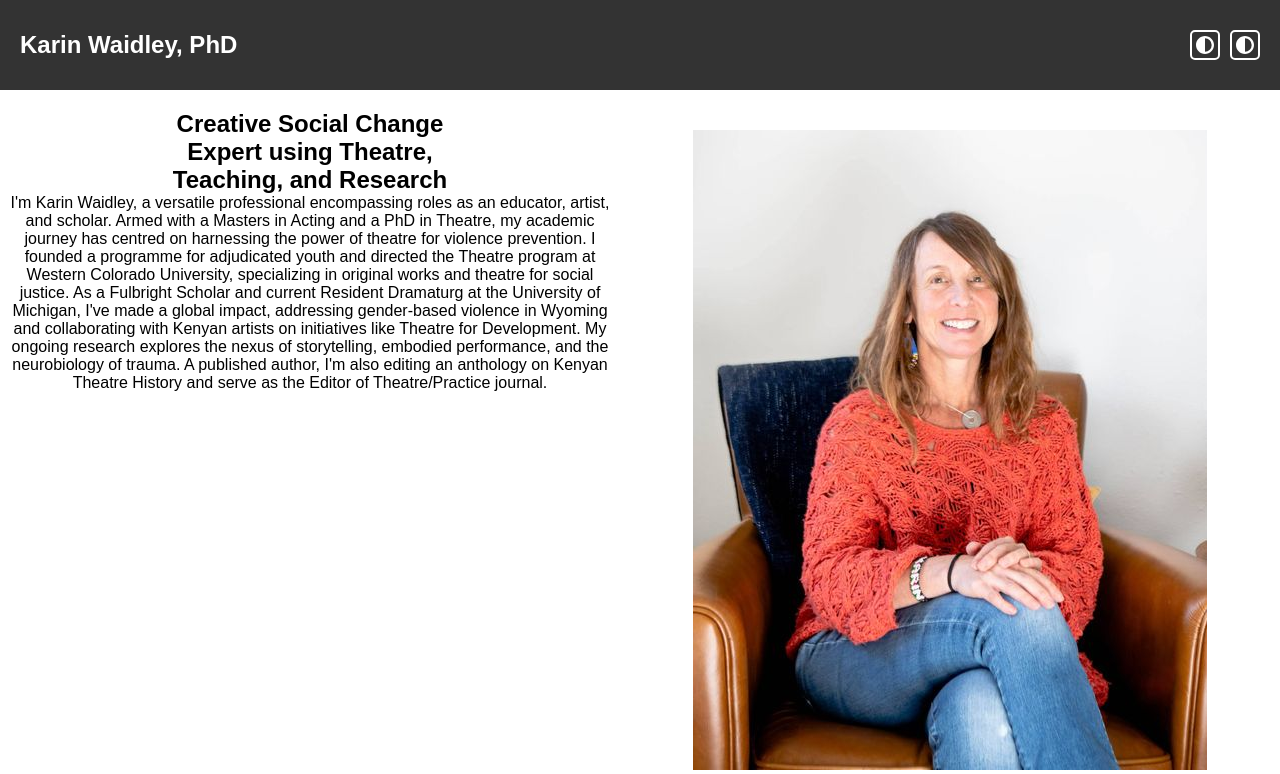
Repository: Ceasor7/Karin
Page: index.html
An editor plug-in stored every save of this project. The page is shown before and after the next save, followed by the edit.
The browser window is 1280 px wide. The pictures show the whole page.

Above is the page before, as saved 2023-12-14 13:33:50.

After the next save:
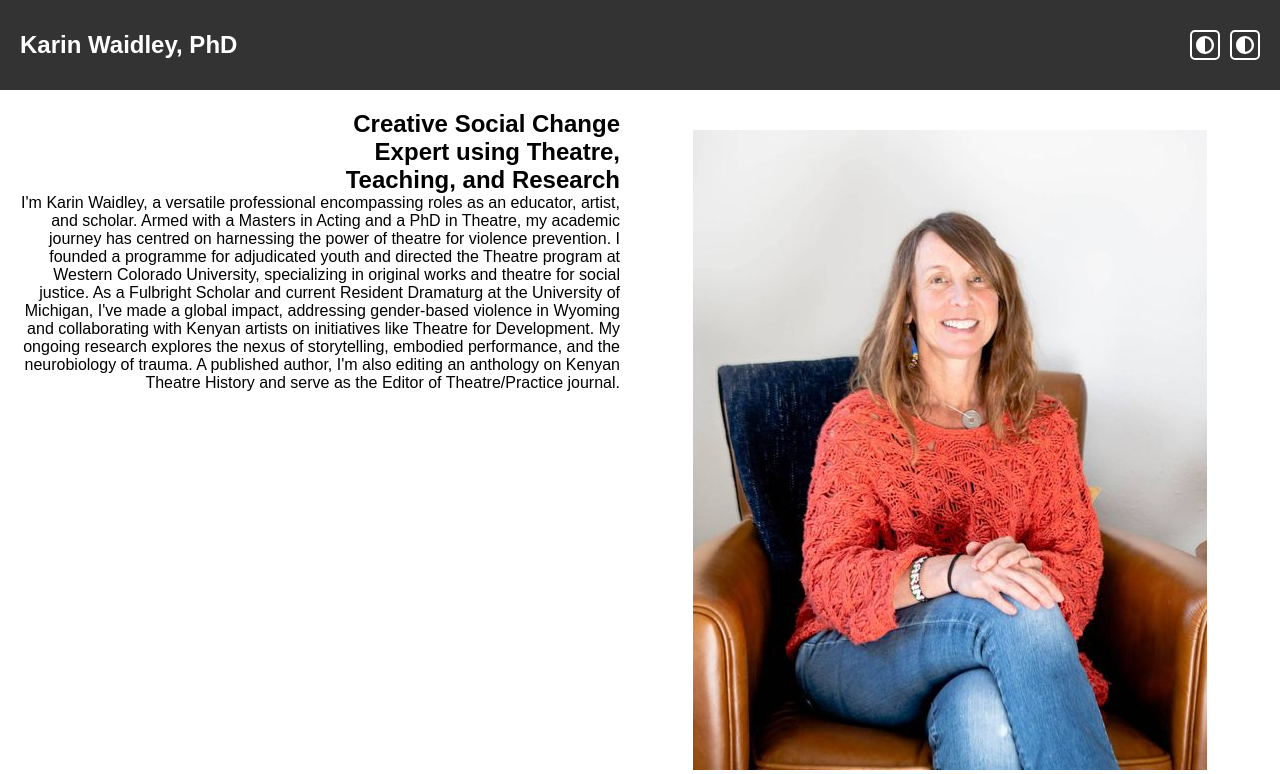
Saved 26 s later.
--- a/index.html
+++ b/index.html
@@ -109,7 +109,8 @@
 
         /* Home */
         .home-details {
-            text-align: center;
+            text-align: right;
+            margin-right: 20px;
         }
 
         /* Home */
